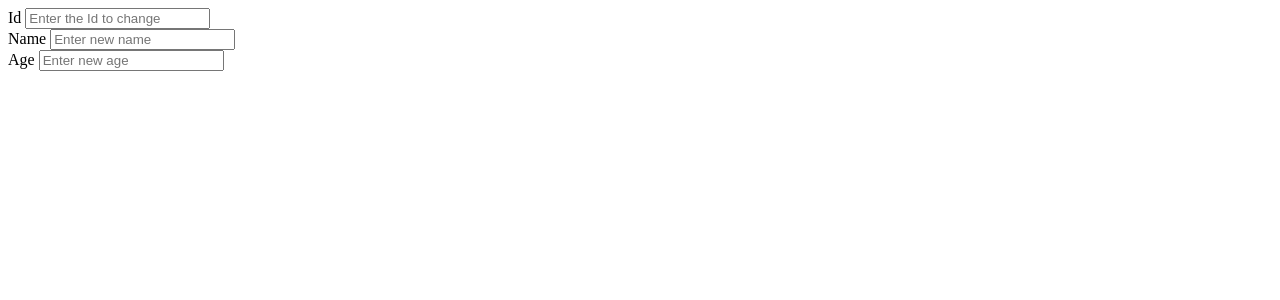
Repository: yash1sh/Java
Page: Bootcmp/DemoPro/src/main/webapp/update.html
These files come from the project's save history. The page is drawn as it stood at one moment and after the next save; the edit follows.
The browser window is 1280 px wide. The pictures show the whole page.

Above is the page before, as saved 2022-05-17 09:19:03.

After the next save:
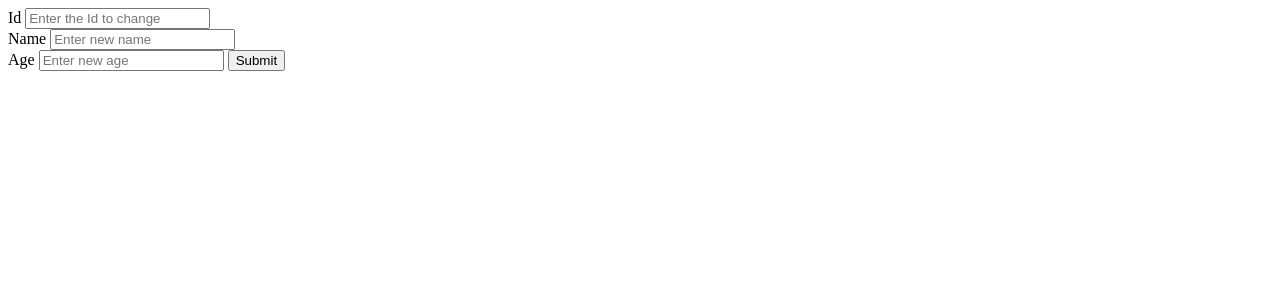
Saved 2 min 34 s later.
--- a/Bootcmp/DemoPro/src/main/webapp/update.html
+++ b/Bootcmp/DemoPro/src/main/webapp/update.html
@@ -12,7 +12,7 @@
 	<input type="text" name="name" placeholder="Enter new name"> <br>
 	<label>Age</label>
 	<input type="number" name="age" placeholder="Enter new age">
-
+	<button type="submit">Submit</button>
 
 
 
